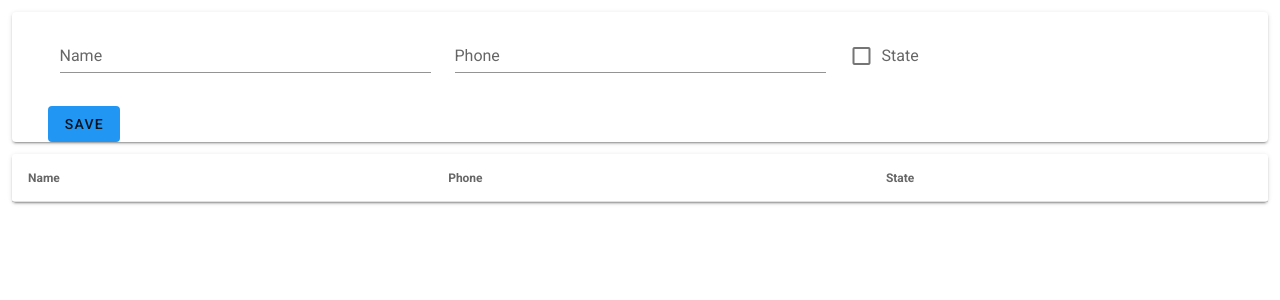
Repository: luchoCap/ContactVue-CRUD-StoryBook
Page: /
The author's editor kept a copy of each file at every save. The page is drawn from the files as they stood at one save, then again after the next save.
The browser window is 1280 px wide. The pictures show the whole page.
The page's requests for data from a server got no answer. The project was rebuilt for these pictures with package versions that can differ from the ones it lists, and the page was loaded fresh each time. No one was signed in, and anything a server would have sent is missing. Also part of the build but not shown: vue.config.js.

Above is the page before, as saved 2020-11-24 00:05:50.

### src/App.vue
<template>
  <v-app>
    <v-main>
      <Contact />
    </v-main>
  </v-app>
</template>

<script>
import Contact from './components/Contact/Contact'

export default {
  name: 'App',

  components: {
    Contact
  },
};
</script>

### src/components/Contact/Contact.vue
<template>
  <v-app>
    <v-main>
      <v-card class="ma-3">
        <ContactForm :formContact="formContact"/>
      </v-card>
      <v-card class="ma-3">
        <ContactList />
      </v-card>

    </v-main>
  </v-app>
</template>

<script>
import ContactList from './ContactList'
import ContactForm from './ContactForm'

export default {
  name: 'App',

  components: {
    ContactList,
    ContactForm
  },

data: () => ({
        formContact:{
            name: '',
            phone: '',
            state:false,
        }

    }),
};
</script>

### src/components/Contact/ContactList.vue
<template>
  <v-simple-table>
    <template v-slot:default>
      <thead>
        <tr>
          <th class="text-left">
            Name
          </th>
          <th class="text-left">
            Phone
          </th>
          <th class="text-left">
            State
          </th>
        </tr>
      </thead>
      <tbody>
        <tr
          v-for="item in contacts"
          :key="item.name"
        >
          <td>{{ item.name }}</td>
          <td>{{ item.phone }}</td>
          <td>{{ item.state }}</td>
        </tr>
      </tbody>
    </template>
  </v-simple-table>
</template>



<script>
import contactProvider from '../../providers/contactProvider'
  export default {
    data: () => ({
      contacts:[]
    }),
    mounted(){
        this.getContacts()
    },
    methods: {
      getContacts(){
          contactProvider.showContacts()
          .then((contacts) => {
              this.contacts = contacts
          })
          .catch((error) => console.log(error))
      }
    },
  }
</script>

### src/components/Contact/ContactForm.vue
<template>
  <v-form>
    <v-container>
      <v-row>
        <v-col
          cols="12"
          md="4"
        >
          <v-text-field
            v-model="form.name"
            label="Name"
            required
          ></v-text-field>
        </v-col>

        <v-col
          cols="12"
          md="4"
        >
          <v-text-field
            v-model="form.phone"
            label="Phone"
            required
          ></v-text-field>
        </v-col>

        <v-col
          cols="12"
          md="4"
        >
          <v-checkbox
            v-model="form.state"
            label="State"
        ></v-checkbox>
        </v-col>
      </v-row>
      <v-row>
        <v-btn
            depressed
            color="blue"
            @click="saveContact"
        >  Save
        </v-btn>
      </v-row>
    </v-container>
  </v-form>
</template>

<script>
import contactProvider from '../../providers/contactProvider'

  export default {
    props: {
        formContact: {
            type: Object,
            required: true
        }
    },
    computed: {
        form: {
            get() {
                return this.formContact;
            },
            set(val) {
                this.$emit("input", val);
            }
        }
    },
    methods:{
        saveContact(){
            contactProvider.createContact(this.form)
            .then((response) => console.log(response))
            .catch(error => console.error(error))

        this.resetForm()
        },
        resetForm(){
            this.form.name = ''
            this.form.phone = ''
            this.form.state = ''
        }
    }
  }
</script>

### src/providers/contactProvider.js
import axios from 'axios'

class contactProvider{

    createContact(form){
        return new Promise((resolve,reject) => {
            axios.post(process.env.VUE_APP_APIHOST+'/api/contact',form)
            .then((response) => {
                console.log(response)
                resolve(response.data);
            })
            .catch((error) => {
                console.error(error);
                reject(error)
                //@TODO Implementar manejo de error
            })
        })
    }

    editContact(id,form){
        return new Promise((resolve,reject) => {
            axios.put(process.env.VUE_APP_APIHOST+'/api/contact/:'+id,form)
            .then((response) => {
                console.log(response)
                resolve(response.data);
            })
            .catch((error) => {
                console.error(error);
                reject(error)
                //@TODO Implementar manejo de error
            })
        })
    }

    deleteContact(id){
        return new Promise((resolve,reject) => {
            axios.put(process.env.VUE_APP_APIHOST+'/api/contact/:'+id)
            .then((response) => {
                console.log(response)
                resolve(response.data);
            })
            .catch((error) => {
                console.error(error);
                reject(error)
                //@TODO Implementar manejo de error
            })
        })
    }

    showContacts(){
        return new Promise((resolve,reject) => {
            axios.get(process.env.VUE_APP_APIHOST+'/api/contact')
            .then((response) => {
                console.log(response)
                resolve(response.data);
            })
            .catch((error) => {
                console.error(error);
                reject(error)
                //@TODO Implementar manejo de error
            })
        })
    }
}


export default new contactProvider()

Loaded but not shown: public/index.html (common file); src/main.js (common file); src/plugins/vuetify.js (common file)

After the next save:
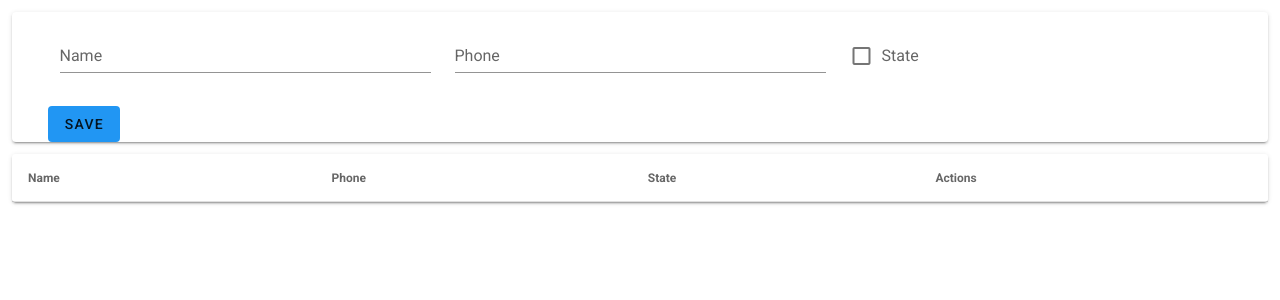
Saved 9 h 32 min later.
--- a/src/components/Contact/ContactList.vue
+++ b/src/components/Contact/ContactList.vue
@@ -12,6 +12,9 @@
           <th class="text-left">
             State
           </th>
+          <th class="text-left">
+            Actions
+          </th>
         </tr>
       </thead>
       <tbody>
@@ -22,6 +25,16 @@
           <td>{{ item.name }}</td>
           <td>{{ item.phone }}</td>
           <td>{{ item.state }}</td>
+          <td>
+            <v-btn
+              color="primary"
+              fab
+              small
+              dark
+            >
+              <v-icon>mdi-pencil</v-icon>
+            </v-btn>
+          </td>
         </tr>
       </tbody>
     </template>
